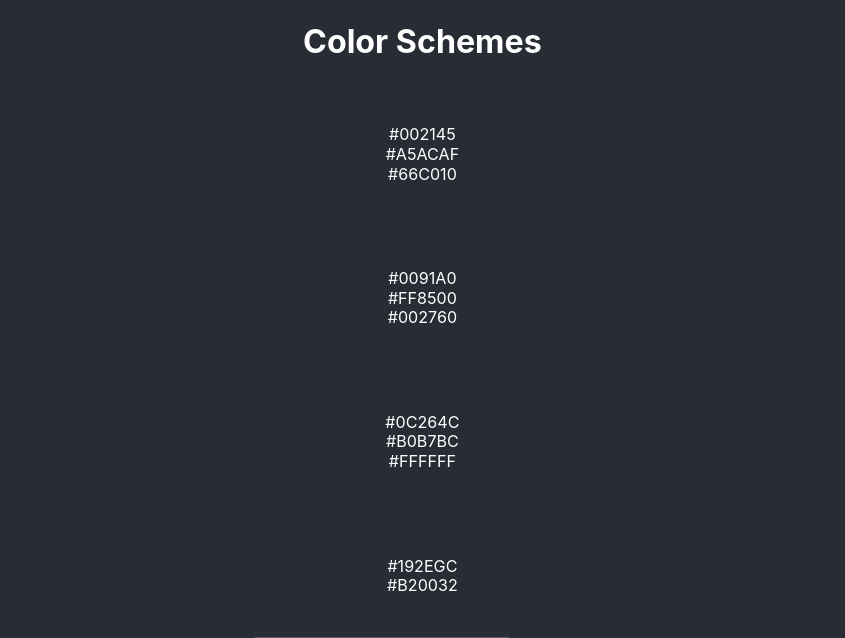
Repository: MikeTroianello/troianello.co
Page: /projects
These files come from the project's save history. The page is drawn as it stood at one moment and after the next save; the edit follows.
The browser window is 1280 px wide. The pictures show the whole page, at 66% of full size.
The project was rebuilt for these pictures with package versions that can differ from the ones it lists, and the page was loaded fresh each time.

Above is the page before, as saved 2019-06-24 15:36:40.

### src/App.js
import React from 'react';

import './App.css';

function App() {
  return (
    <div className='App'>
      <header className='App-header'>
        <h1>Color Schemes</h1>
        <div className='teams seahawks'>
          <div className='s-blue'>#002145</div>
          <div className='s-gray'>#A5ACAF</div>
          <div className='s-green'>#66C010</div>
        </div>
        <div className='teams dolphins'>
          <div className='d-aqua'>#0091A0</div>
          <div className='s-orange'>#FF8500</div>
          <div className='s-dark-blue'>#002760</div>
        </div>
        <div className='teams cowboys'>
          <div className='c-blue'>#0C264C</div>
          <div className='c-gray'>#B0B7BC</div>
          <div className='c-white'>#FFFFFF</div>
        </div>
        <div className='teams giants'>
          <div className='g-blue'>#192EGC</div>
          <div className='g-red'>#B20032</div>
        </div>
      </header>
    </div>
  );
}

export default App;

### src/App.css
.App {
  text-align: center;
}

.App-logo {
  animation: App-logo-spin infinite 20s linear;
  height: 40vmin;
  pointer-events: none;
}

.App-header {
  background-color: #282c34;
  min-height: 100vh;
  display: flex;
  flex-direction: column;
  align-items: center;
  justify-content: center;
  font-size: calc(10px + 2vmin);
  color: white;
}

.App-link {
  color: #61dafb;
}

@keyframes App-logo-spin {
  from {
    transform: rotate(0deg);
  }
  to {
    transform: rotate(360deg);
  }
}

.teams {
  height: 100%;
  width: 80%;
  padding: 5% 10%;
}

Loaded but not shown: public/index.html (common file); src/index.js (common file); src/index.css (common file); src/serviceWorker.js (common file)

After the next save:
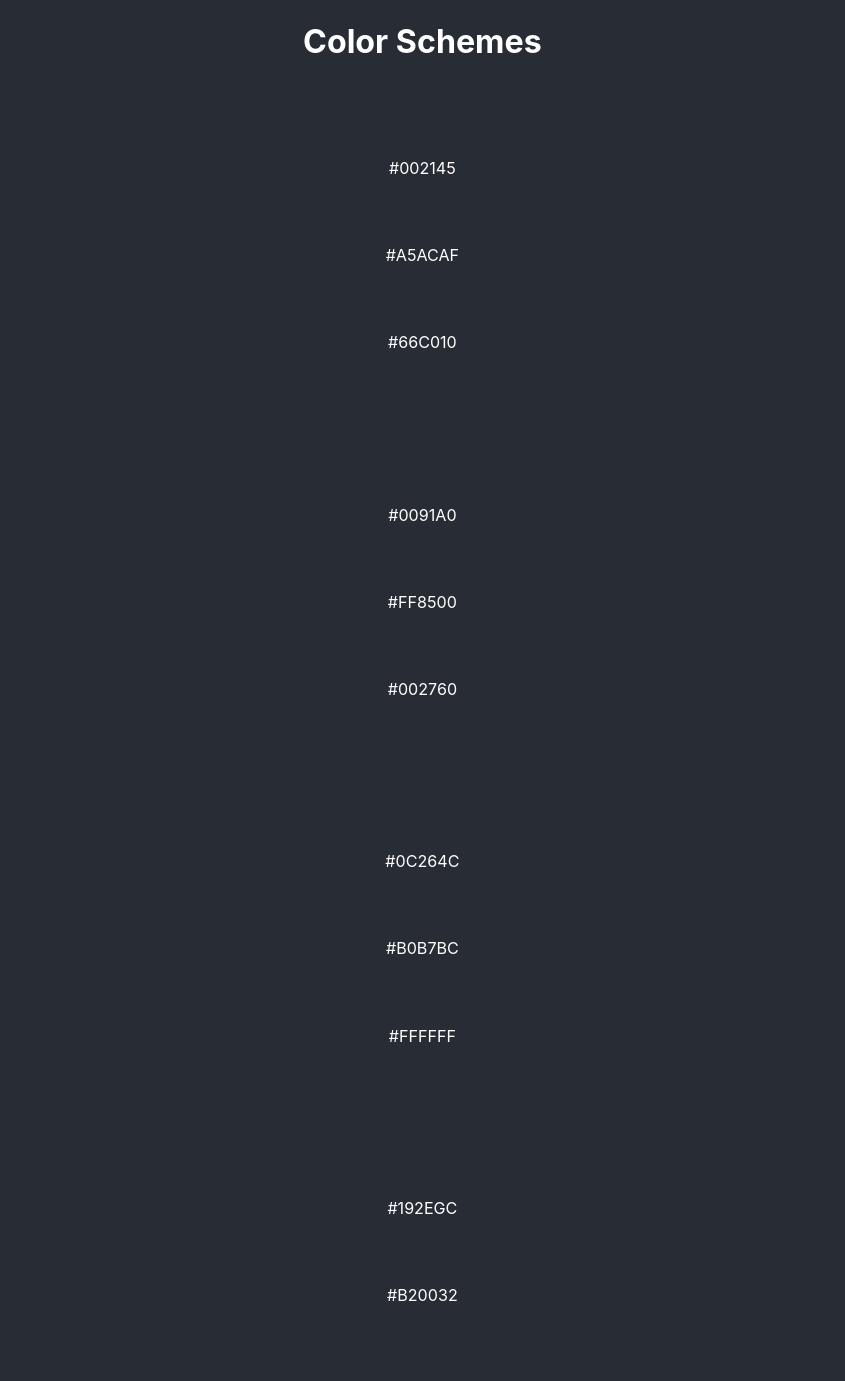
Saved 19 s later.
--- a/src/App.css
+++ b/src/App.css
@@ -37,3 +37,9 @@
   width: 80%;
   padding: 5% 10%;
 }
+
+.teams > div {
+  height: 100%;
+  width: 80%;
+  padding: 5% 10%;
+}
